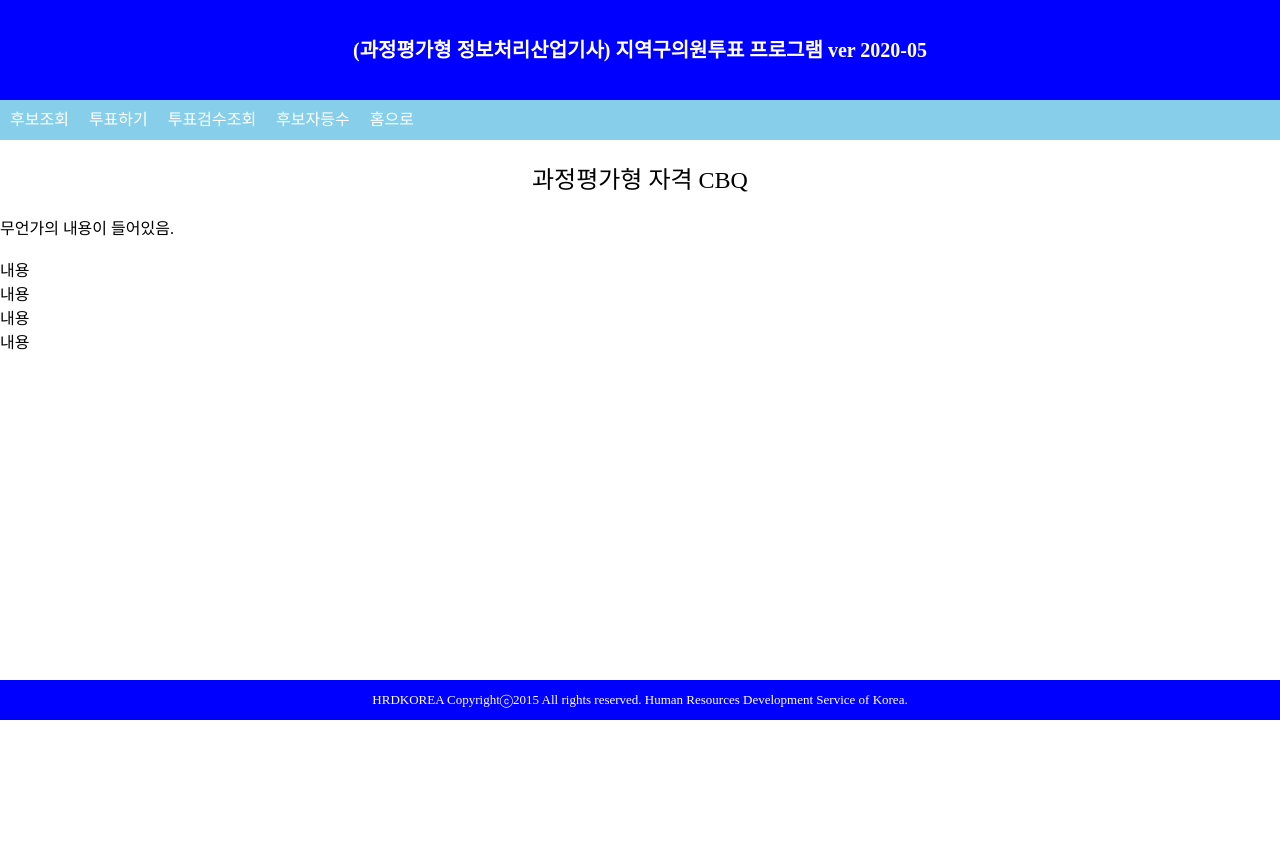
Repository: kayeunae/mvc-pattern
Page: http://localhost/VOTE_1234/
The author's editor kept a copy of each file at every save. The page is drawn from the files as they stood at one save, then again after the next save.
The browser window is 1280 px wide. The pictures show the whole page.
The page is served by Tomcat 9.

Above is the page before, as saved 2022-12-21 05:23:22.

After the next save:
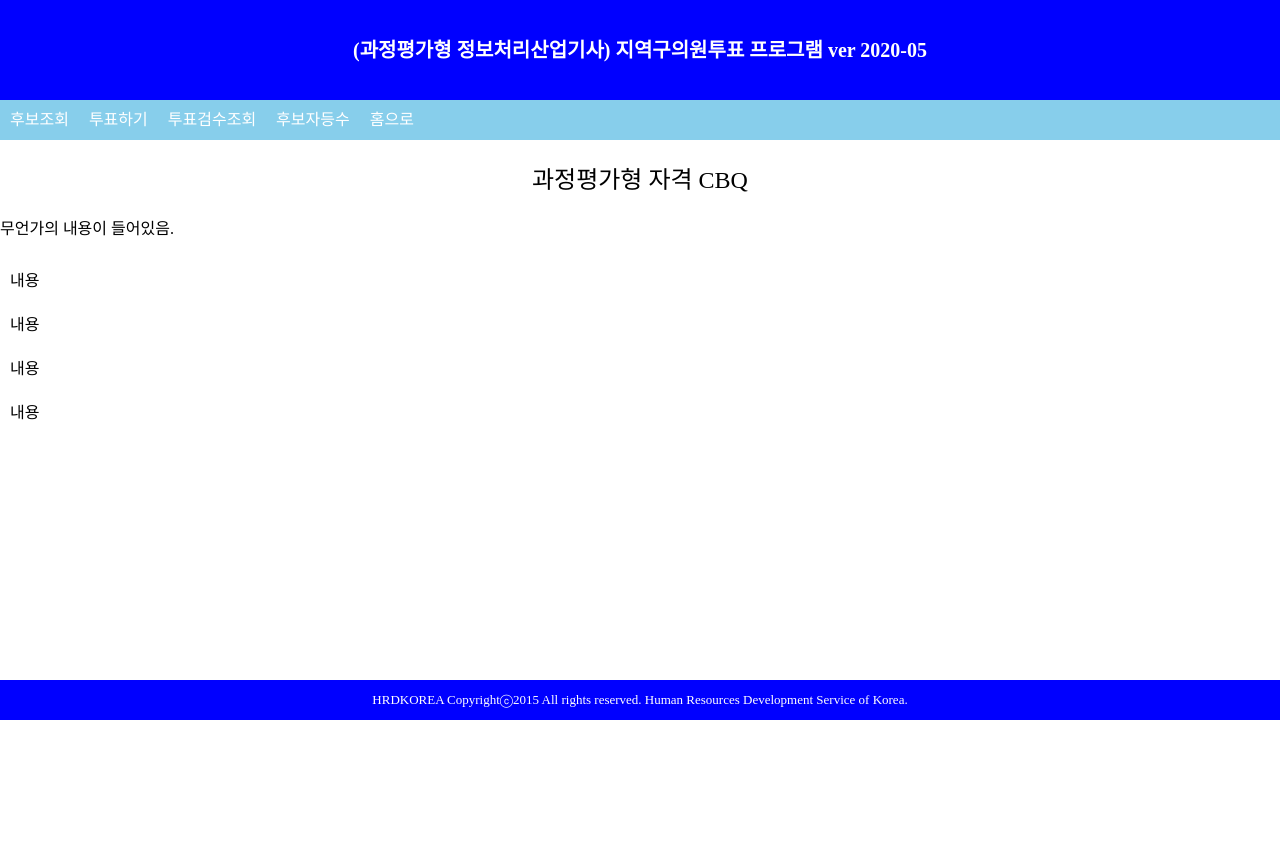
Saved 114 s later.
--- a/VOTE_1234/src/main/webapp/style.css
+++ b/VOTE_1234/src/main/webapp/style.css
@@ -53,6 +53,10 @@
 	font-size: 24px;
 }
 
+section ul li {
+	padding: 10px;
+}
+
 /* footer.jsp */
 footer {
 	position: fixed;
